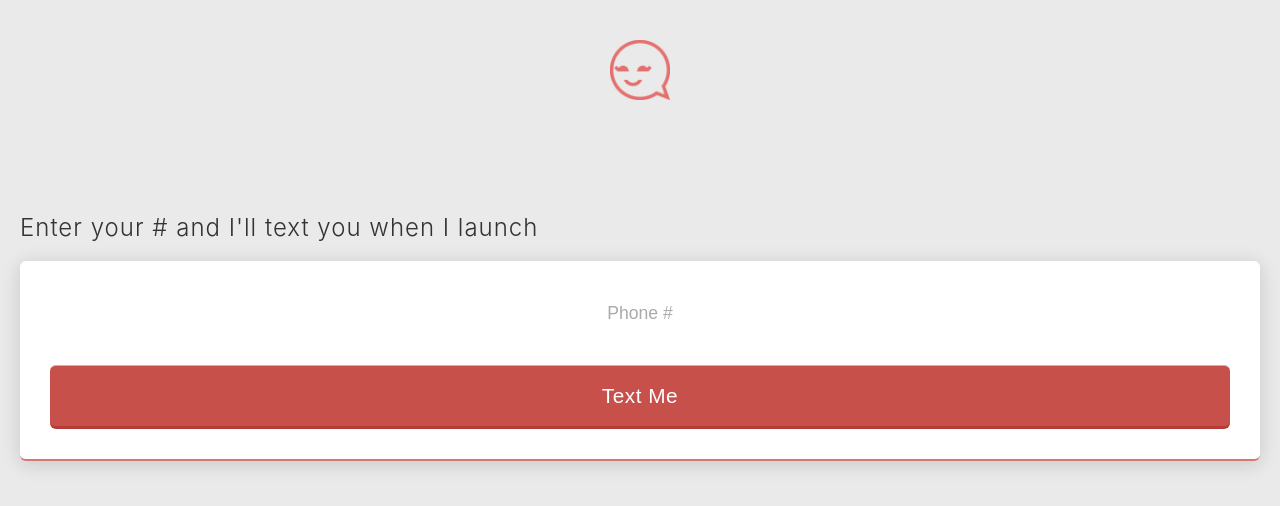
Repository: mattbobgithub/rosybot-ui
Page: rosybot-ui/dist/index.html
These files come from the project's save history. The page is drawn as it stood at one moment and after the next save; the edit follows.
The browser window is 1280 px wide. The pictures show the whole page.
Some web libraries are served in a nearby version.

Above is the page before, as saved 2017-10-14 16:28:55.

### rosybot-ui/dist/index.html
<!DOCTYPE html>
<html>
<head>
<meta charset="utf-8">
<meta http-equiv="X-UA-Compatible" content="IE=edge">
<meta name="viewport"
	content="width=device-width, initial-scale=1, maximum-scale=1, minimum-scale=1, user-scalable=no, minimal-ui">
<title>Rosybot</title>
<link rel="shortcut icon" href="favicon.png" type="image/x-icon">
<link href="normalize.css" rel="stylesheet">
<link href="index.css" rel="stylesheet">
</head>
<body>
	<div class="logo"></div>
	<div class="container">
		<div class="confirm-message" id="confirmMessage"></div>
		<h2 id="welcomeMessage"></h2>
		<form id="rosy_custobmer_subscribe_form">
			<div class="form-groups">
				<div class="form-group"
					style="margin-left: 30px; margin-right: 30px; padding-top:30px">

					<input class="subscribe-phone" id="customerPhone" type="tel"
						placeholder="Phone #" onchange="changePhoneNumber(this)">

					<div class="bottom-buttons" id="rosyClickableArea">
						<button class="full" type="submit">Text Me</button>
					</div>


				</div>
			</div>
			<!--/ .input-group -->

		</form>



	</div>

	<script
		src="https://ajax.googleapis.com/ajax/libs/jquery/1.11.2/jquery.min.js"></script>
	<script type="text/javascript" src="js/index.js"></script>
</body>

<div id="rosySpinnerOverlay" class="modal"></div>
</html>

### rosybot-ui/dist/index.css
html {
	box-sizing: border-box;
}

*, *:before, *:after {
	box-sizing: inherit;
}

::-webkit-input-placeholder {
	color: #aaa;
}

body {
	padding: 20px;
	font-family: -apple-system, BlinkMacSystemFont, 'Segoe UI', Roboto,
		Helvetica, Arial, sans-serif, 'Apple Color Emoji', 'Segoe UI Emoji',
		'Segoe UI Symbol';
	line-height: 1.5;
	background: #eaeaea;
	color: #444;
	font-weight: 200;
}

.modal {
    display:    none;
    position:   fixed;
    z-index:    1000;
    top:        0;
    left:       0;
    height:     100%;
    width:      100%;
    background: rgba( 255, 255, 255, .8 )
                url('rosy-spinner.gif')
                50% 50%
                no-repeat;
}

/* When the body has the loading class, we turn
   the scrollbar off with overflow:hidden */
body.loading {
    overflow: hidden;
}

/* Anytime the body has the loading class, our
   modal element will be visible */
body.loading .modal {
    display: block;
}

h2 {
	color: #333333;
	font-weight: 300;
	letter-spacing: 1px;
	margin-top: 30px;
	margin-bottom: 15px;
}

h2:first-of-type {
	margin-top: 0;
}

.form-groups {
	background: white;
	box-shadow: 0 3px 20px rgba(0, 0, 0, 0.15);
	border-radius: 6px;
	border-bottom: solid 2px #d47672;
}

.form-group {
	border-bottom: 1px solid #eee;
}

.form-group:last-of-type {
	border-bottom: none;
}

.form-group label {
	display: block;
	font-size: 85%;
	padding: 8px 12px 0 12px;
	font-weight: 400;
}

.form-group input {
	padding: 5px 0;
	display: block;
	width: 100%;
	font-size: 110%;
	padding: 12px;
	background: transparent;
	font-weight: 300;
}

input {
	border: none;

}

.subscribe-phone{
	text-align: center;

}
.logo {
	height: 60px;
	background: url("rosybot_red.png");
	background-repeat: no-repeat;
	background-position: center;
	background-size: contain;
	margin: 20px 0 30px 0;
}

.bottom-buttons {
	margin: 30px 0;
}

button.full {
	background: #c8504b;
	display: block;
	border: none;
	width: 100%;
	padding: 15px;
	border-top: solid 1px #e2a4a1;
	border-bottom: solid 3px #b33c37;
	border-radius: 6px;
	color: white;
	font-weight: 300;
	font-size: 130%;
	letter-spacing: 0.5px;
	height: 64px;

}

button.full.primary {
	border-top: solid 1px #d67e7a;
	padding: 8px;
	background: #ac3934;
	border-bottom-color: #8c2f2b;
	margin-bottom: 20px;

}

.select-wrapper {
	padding: 5px 10px 10px 10px;
}

select {
	border: solid 1px #aaa;
	display: block;
	padding: 8px;
	width: 100%;
	font-size: 110%;
	font-weight: 300;
	border-radius: 4px;
	border-bottom: solid 2px #da8986;
}

.textarea-wrapper {
	padding: 5px 10px 10px 10px;

}

.order-total-wrapper {
	padding: 5px 10px 10px 10px;
		font-weight: 500;
}

textarea {
	border: solid 1px #aaa;
	display: block;
	padding: 8px;
	width: 100%;
	font-size: 110%;
	font-weight: 300;
	border-radius: 4px;
	border-bottom: solid 2px #da8986;
}

.image-wrapper {
	padding: 5px 10px 10px 10px;
}

.confirm-message{
	padding: 40px;
	color: #ac3934;
}

### rosybot-ui/dist/js/index.js
$(document)
		.ready(
				function() {


					var welcomeMessage = "Enter	your # and I'll text you when I launch";

					$('#welcomeMessage').text(welcomeMessage);

					//hide submit button until phone number input is valid
					$('#rosy_customer_subscribe_button').attr('disabled','disabled');


				});





function changePhoneNumber(data){
	var phoneNum = data.value;
	phoneNum = phoneNum.replace(/\D/g,'');
	console.log("phone change:" + phoneNum);
	if(phoneNum.length>=10){
		console.log("phone valid");
		$('#rosy_customer_subscribe_button').removeAttr('disabled');

		document.forms['rosy_custobmer_subscribe_form'].elements['customerPhone'].value = formatPhoneNumber(phoneNum);

	}else{
		console.log("phone INvalid");
	}


}


function formatPhoneNumber(s) {
  var s2 = (""+s).replace(/\D/g, '');
	  var output;
	  if(s2.length>=10){
		s2 = s2.substr(0,10);
	  var m = s2.match(/^(\d{3})(\d{3})(\d{4})$/);
	  output = m[1] + "-" + m[2] + "-" + m[3];
	  }else{
		  output = s;
	  }

	   return output;
	}




$('#rosy_custobmer_subscribe_form').submit(function(e){
	//
//	        // Stop form submission & check the validation
	        e.preventDefault();
        var phoneNum = $('#customerPhone').val();
	        console.log(phoneNum);

	        $('#welcomeMessage').css({'color':'red', 'font-size': '150%' });
	    	$('#welcomeMessage').text('THANKS! Rosy will text you when she launches');

	    	$('#rosyClickableArea').hide();

	    	$.ajax({
	    				type : 'POST',
	    				url : 'https://a61pwasdn9.execute-api.us-east-1.amazonaws.com/custApiStage1/api/rosycustomer',
	    				data : JSON.stringify ({customerPhone: phoneNum}),
	    				success : function(data) {
	    					console.log('successful update customer:' + data);

	    					//display message
	    				},
	    				 error: function(data) {
	    				       console.log("error on subscribe rosy." + data);
	    				       $('#welcomeMessage').text('Oops, Rosy had a problem, please try later');

	    				    },
	    				contentType : "application/json",
	    				dataType : 'json'
	    			});



			$("#rosy_custobmer_subscribe_form :input").attr("disabled", true);

	    	//return false to prevent page reload
	    	 return false;

});








Array.prototype.move = function(from, to) {
	this.splice(to, 0, this.splice(from, 1)[0]);
};

function objectifyForm(formArray) {// serialize data function

	var returnArray = {};
	for (var i = 0; i < formArray.length; i++) {

		//find delivery date
		returnArray[formArray[i]['name']] = formArray[i]['value'];
	}
	return returnArray;
}

function objectifyForm(formArray) {// serialize data function

	var returnArray = {};
	for (var i = 0; i < formArray.length; i++) {

		//find delivery date
		returnArray[formArray[i]['name']] = formArray[i]['value'];
	}
	return returnArray;
}


function convertPhoneForSave(phone){
	phone = phone.replace(/\D/g,'');
	phone = '1'+phone;
	return phone;
}

Loaded but not shown: rosybot-ui/dist/normalize.css (library)

After the next save:
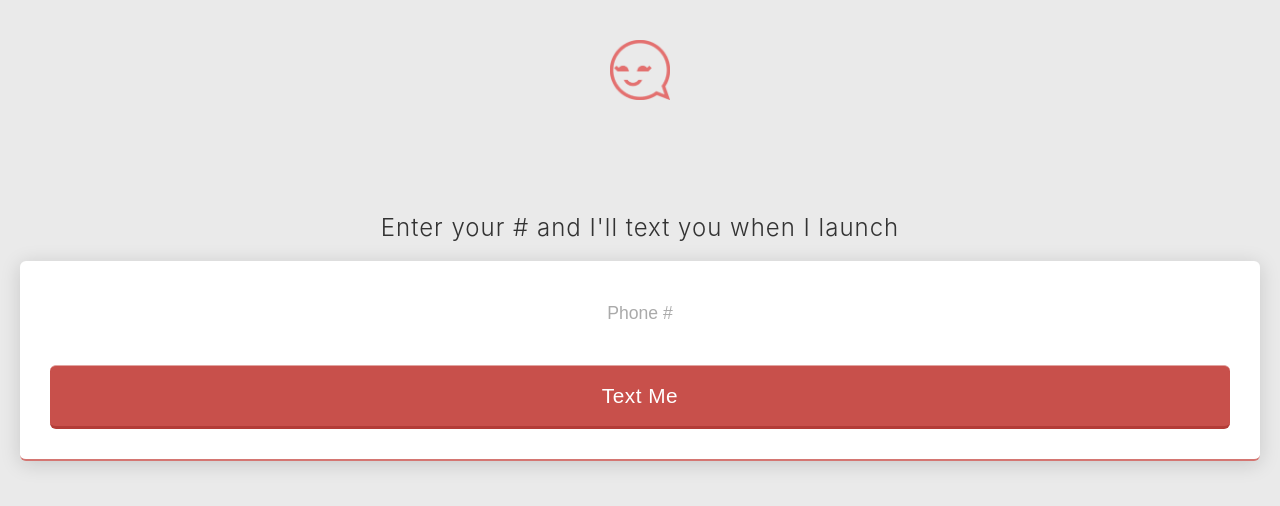
Saved 69 s later.
--- a/rosybot-ui/dist/index.html
+++ b/rosybot-ui/dist/index.html
@@ -14,7 +14,7 @@
 	<div class="logo"></div>
 	<div class="container">
 		<div class="confirm-message" id="confirmMessage"></div>
-		<h2 id="welcomeMessage"></h2>
+		<h2 style="text-align:center;" id="welcomeMessage"></h2>
 		<form id="rosy_custobmer_subscribe_form">
 			<div class="form-groups">
 				<div class="form-group"
@@ -23,7 +23,7 @@
 					<input class="subscribe-phone" id="customerPhone" type="tel"
 						placeholder="Phone #" onchange="changePhoneNumber(this)">
 
-					<div class="bottom-buttons" id="rosyClickableArea">
+					<div class="bottom-buttons">
 						<button class="full" type="submit">Text Me</button>
 					</div>
 
